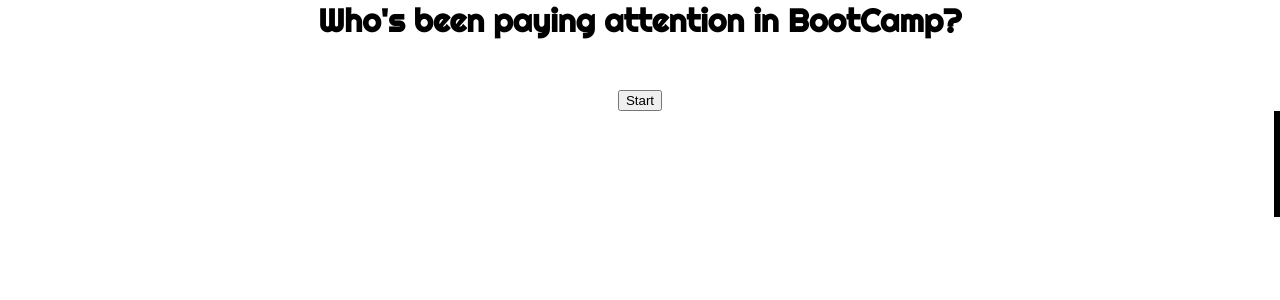
Repository: kkyler24/Quizlet
Page: Quiz.html
An editor plug-in stored every save of this project. The page is shown before and after the next save, followed by the edit.
The browser window is 1280 px wide. The pictures show the whole page.
Some web libraries are served in a nearby version.

Above is the page before, as saved 2020-03-16 00:47:24.

After the next save:
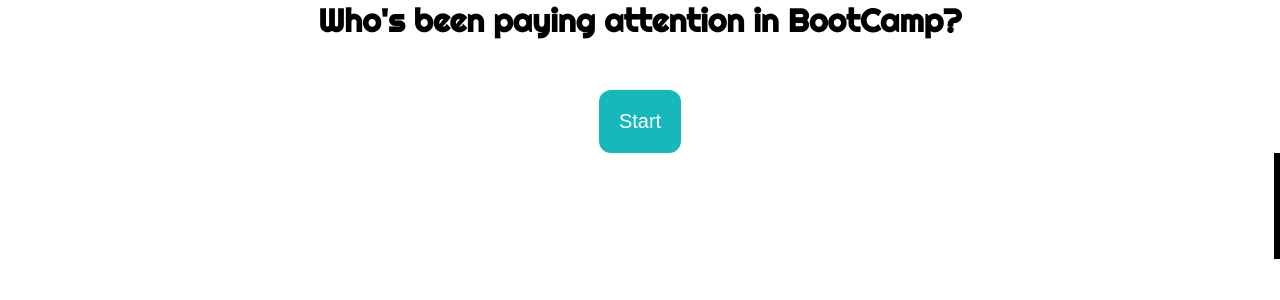
Saved 86 s later.
--- a/DevOpsFiles/Style.css
+++ b/DevOpsFiles/Style.css
@@ -70,4 +70,11 @@ font-size: 20PX;
 #startButton{
   text-align: center;
   margin-top: 50px;
+  background-color: rgb(22, 184, 187);
+padding: 20px;
+border-radius: 12px;
+border: none;
+color: white;
+font-family:Arial, Helvetica, sans-serif;
+font-size: 20PX;
 }
